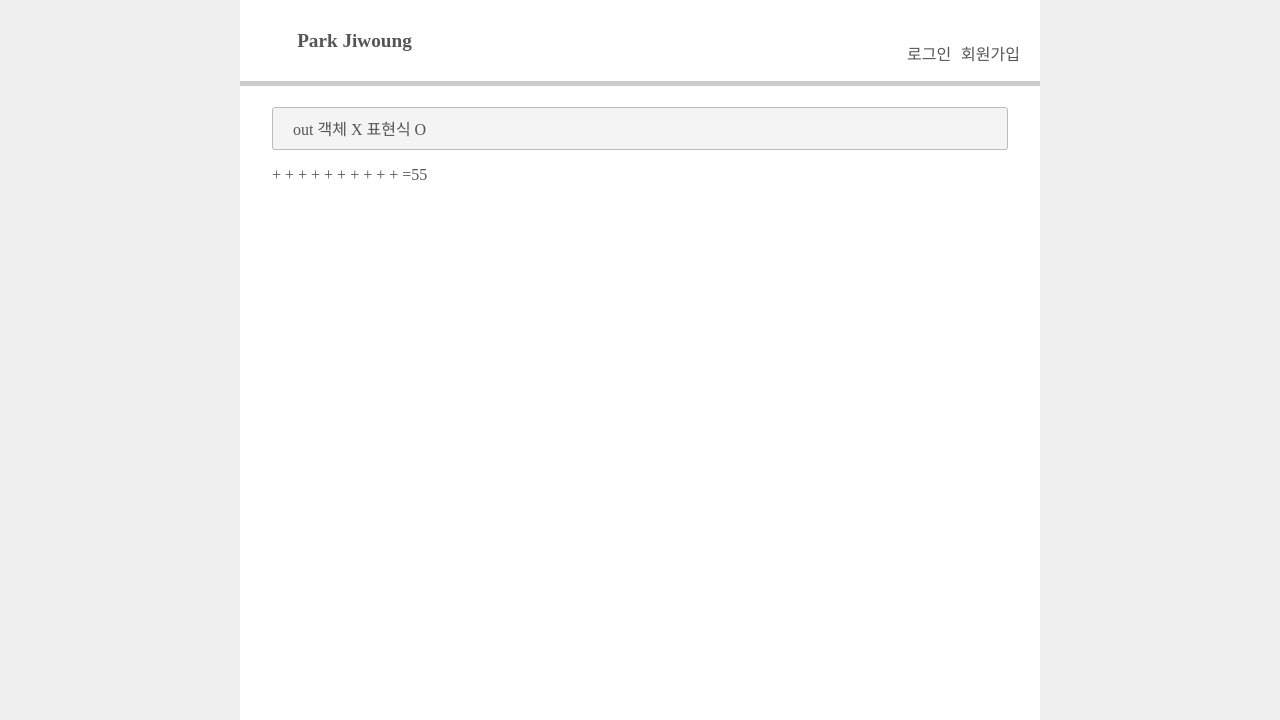
Repository: park-jiwoong/webClass
Page: http://localhost/jspPro/days01/ex03_03.jsp
The author's editor kept a copy of each file at every save. The page is drawn from the files as they stood at one save, then again after the next save.
The browser window is 1280 px wide. The pictures show the whole page.
Some web fonts or font styles are not loaded; a fallback is used. The page is served by Tomcat 9.

Above is the page before, as saved 2025-05-21 06:03:01.

After the next save:
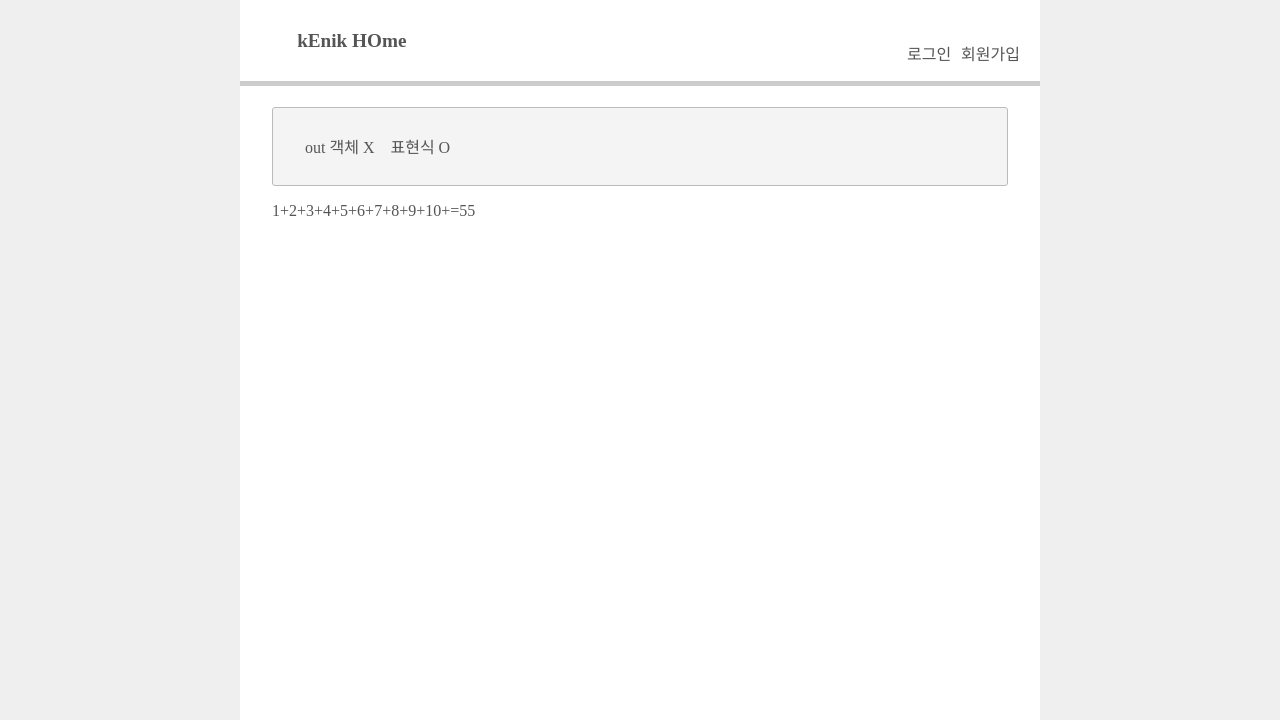
Saved 12 s later.
--- a/JSPClass/jspPro/src/main/webapp/days01/ex03_03.jsp
+++ b/JSPClass/jspPro/src/main/webapp/days01/ex03_03.jsp
@@ -4,44 +4,40 @@
 <head>
 <meta charset="UTF-8">
 <meta name="viewport" content="width=device-width, initial-scale=1.0">
-<link rel="shortcut icon" type="image/x-icon"
-	href="http://localhost/jspPro/images/SiSt.ico">
-<title>2025. 5. 21. 오전 10:31:44</title>
-<script
-	src="https://ajax.googleapis.com/ajax/libs/jquery/3.7.1/jquery.min.js"></script>
-<link rel="stylesheet"
-	href="http://localhost/jspPro/resources/cdn-main/example.css">
+<link rel="shortcut icon" type="image/x-icon" href="http://localhost/jspPro/images/SiSt.ico">
+<title>2025. 5. 21. 오후 2:37:26</title>
+<script src="https://ajax.googleapis.com/ajax/libs/jquery/3.7.1/jquery.min.js"></script>
+<link rel="stylesheet" href="http://localhost/jspPro/resources/cdn-main/example.css">
 <script src="http://localhost/jspPro/resources/cdn-main/example.js"></script>
 <style>
-span.material-symbols-outlined {
-	vertical-align: text-bottom;
-}
+ span.material-symbols-outlined{
+    vertical-align: text-bottom;
+ }
 </style>
 </head>
 <body>
-	<header>
-		<h1 class="main">
-			<a href="#" style="position: absolute; top: 30px;">Park Jiwoung</a>
-		</h1>
-		<ul>
-			<li><a href="#">로그인</a></li>
-			<li><a href="#">회원가입</a></li>
-		</ul>
-	</header>
-	<div>
-		<xmp class="code"> out 객체 X 표현식 O </xmp>
-		<p id="demo">
-			<%
-			int sum = 0;
-			for (int i = 1; i <= 10; i++) {
-			%>
-			+
-			<%
-			sum += i;
-			} // for
-			%>=<%= sum %>
+<header>
+  <h1 class="main"><a href="#" style="position: absolute;top:30px;">kEnik HOme</a></h1>
+  <ul>
+    <li><a href="#">로그인</a></li>
+    <li><a href="#">회원가입</a></li>
+  </ul>
+</header>
+<div>
+  <xmp class="code">
+    out 객체 X    표현식 O
+  </xmp>
 
-		</p>
-	</div>
+  <p id="demo">
+  <%
+     int sum = 0;
+     for(int i = 1; i<=10 ; i++){
+  %><%= i %>+<%
+    	 sum += i;
+     } // for
+  %>=<%= sum %>
+  </p>
+
+</div>
 </body>
 </html>
